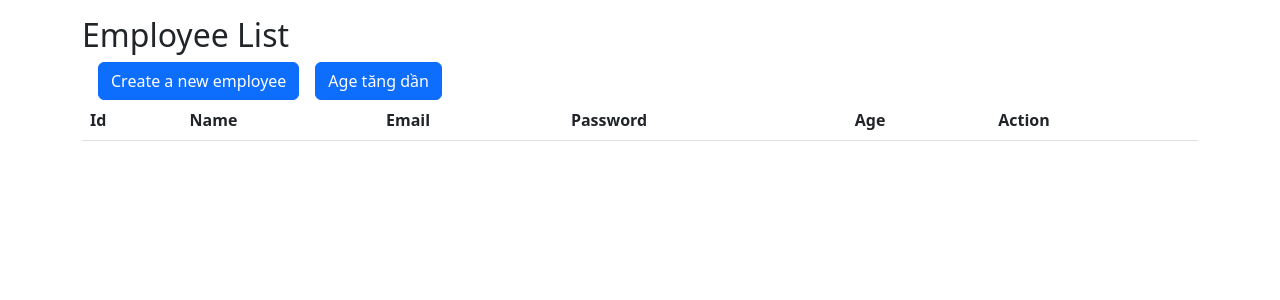
Repository: HoangLinh2001/PHP
Page: http://localhost/list_employee.php
These files come from the project's save history. The page is drawn as it stood at one moment and after the next save; the edit follows.
The browser window is 1280 px wide. The pictures show the whole page.
The page is run by PHP 8.4 with error messages shown; the project is at /var/www/html/. Queries for data that is not in the repository find no rows.

Above is the page before, as saved 2023-06-21 15:20:49.

After the next save:
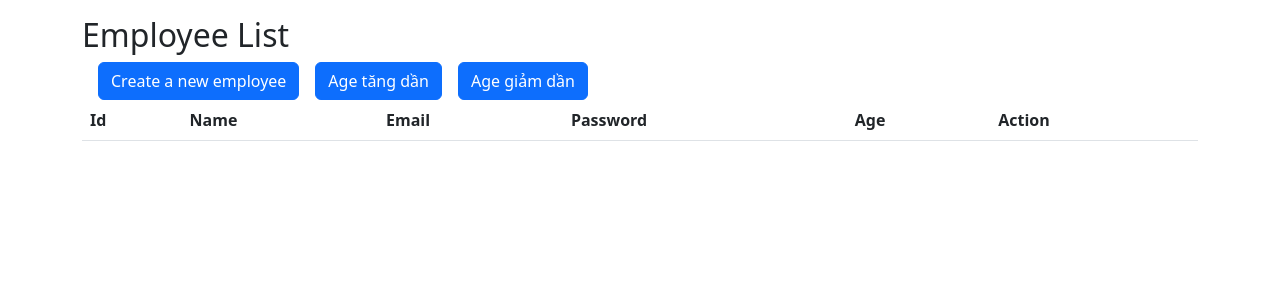
Saved 31 s later.
--- a/DEMOPHPBUOI2/list_employee.php
+++ b/DEMOPHPBUOI2/list_employee.php
@@ -28,6 +28,7 @@
     <div class="create-filter-employee">
         <a class="btn btn-primary" href="create_employee.php">Create a new employee</a>
         <a class="btn btn-primary" href="age_asc.php">Age tăng dần</a>
+        <a class="btn btn-primary" href="age_desc.php">Age giảm dần</a>
     </div>
         <table class="table">
             <thead>
